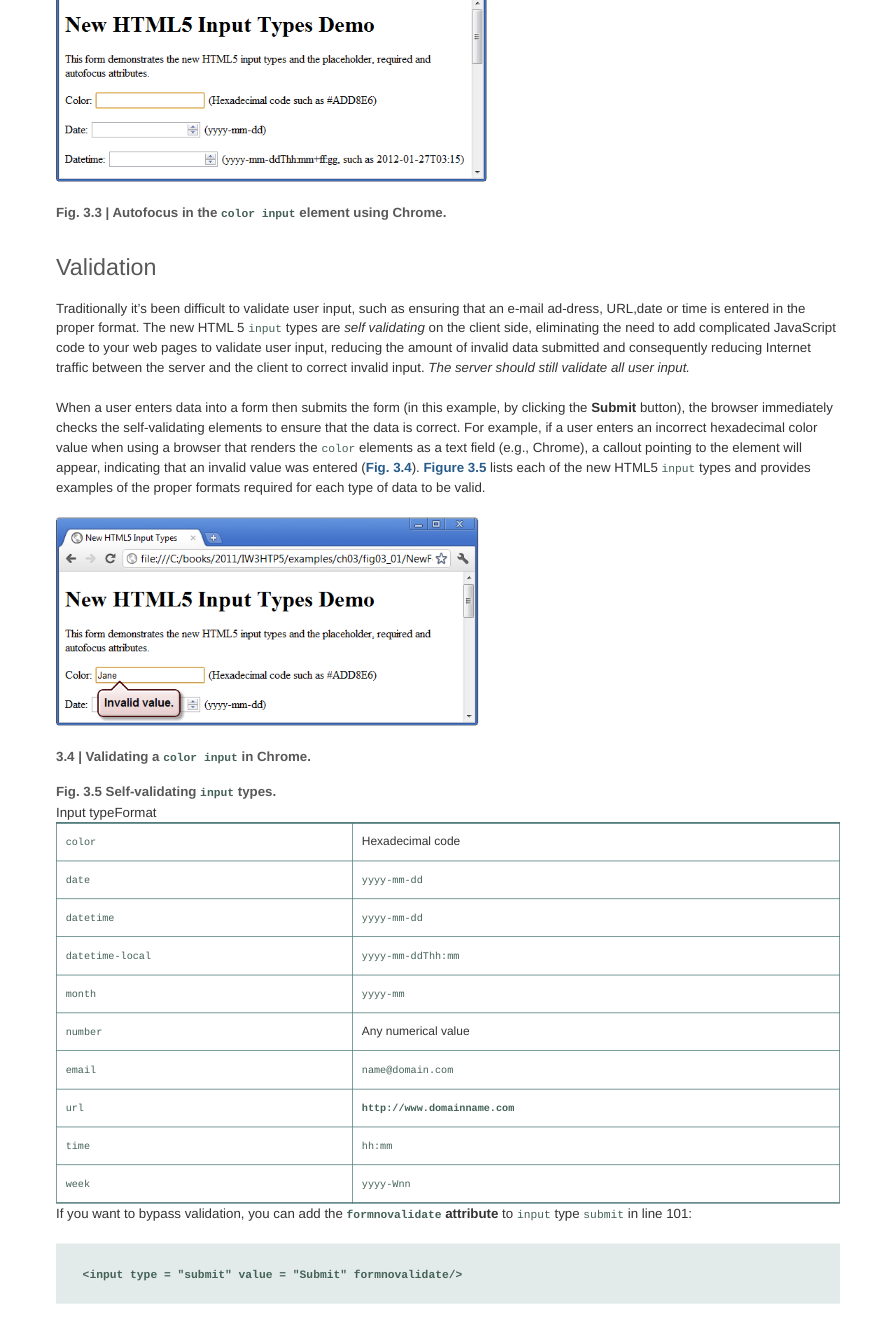
Repository: mlmEFSC21/P4-Textbook-Copy
Page: index.html
The author's editor kept a copy of each file at every save. The page is drawn from the files as they stood at one save, then again after the next save.
The browser window is 1280 px wide. The pictures show the part of the page from y = 1068 to 2988 px (the page is 2988 px tall), at 70% of full size.

Above is the page before, as saved 2022-02-03 20:07:46.

After the next save:
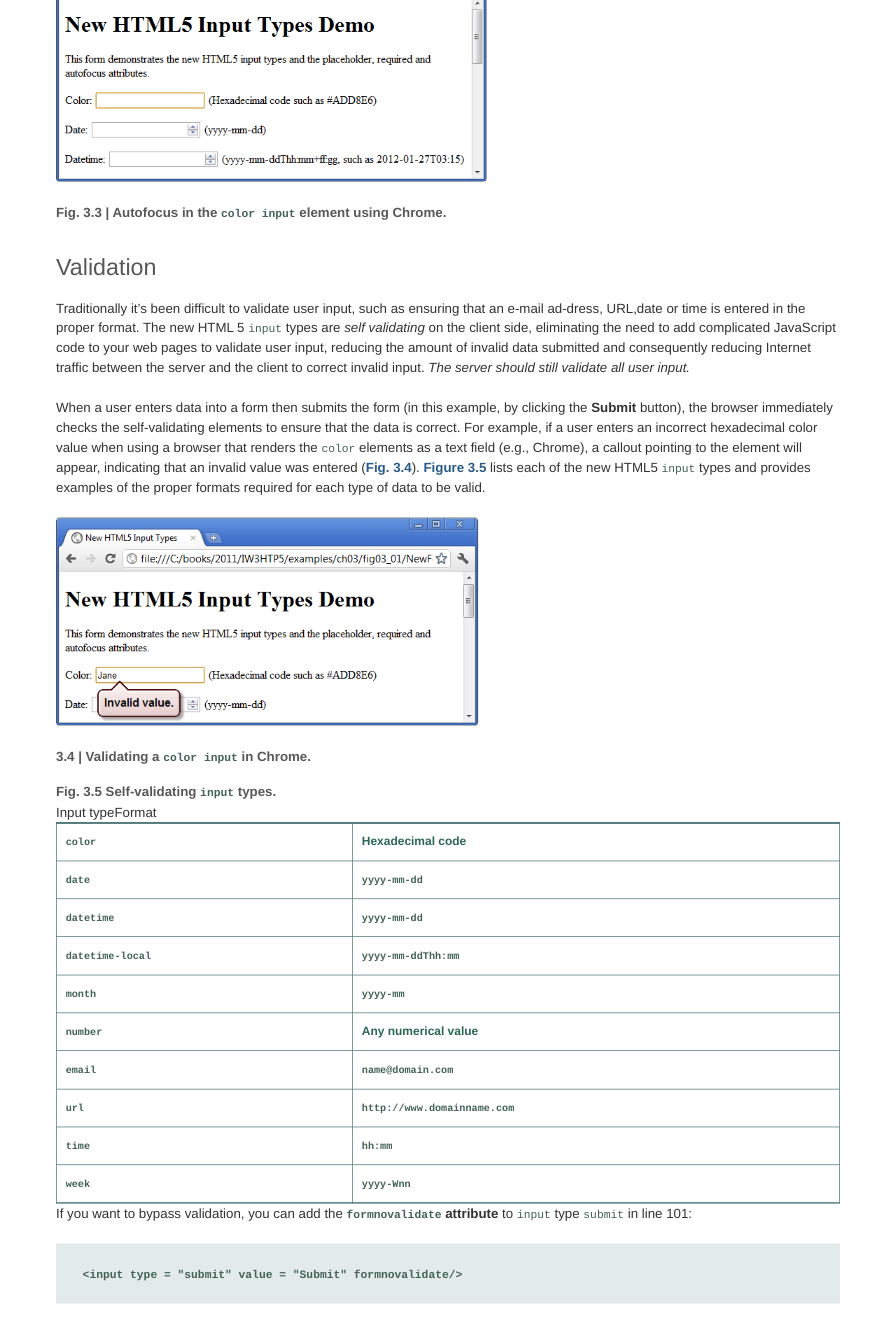
Saved 70 s later.
--- a/bookStyles.css
+++ b/bookStyles.css
@@ -77,7 +77,7 @@
     line-height: 1.5em;
     border-collapse: collapse;
 }
-table th {
+table tr {
     padding: 0.75em;
     margin: 0;
     vertical-align: top;

After the save that followed:
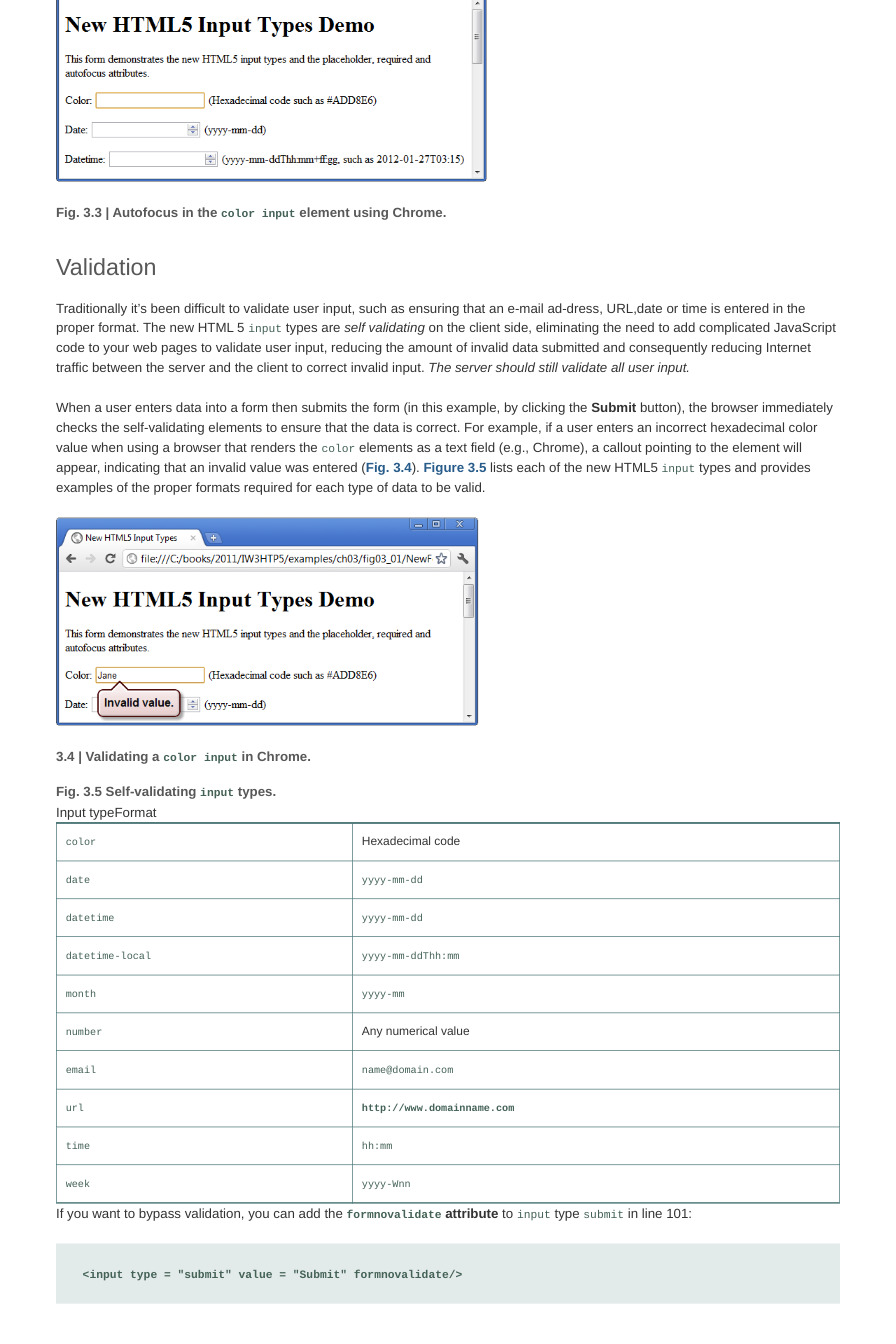
Saved 19 s later.
--- a/bookStyles.css
+++ b/bookStyles.css
@@ -77,7 +77,7 @@
     line-height: 1.5em;
     border-collapse: collapse;
 }
-table tr {
+thead tr {
     padding: 0.75em;
     margin: 0;
     vertical-align: top;
